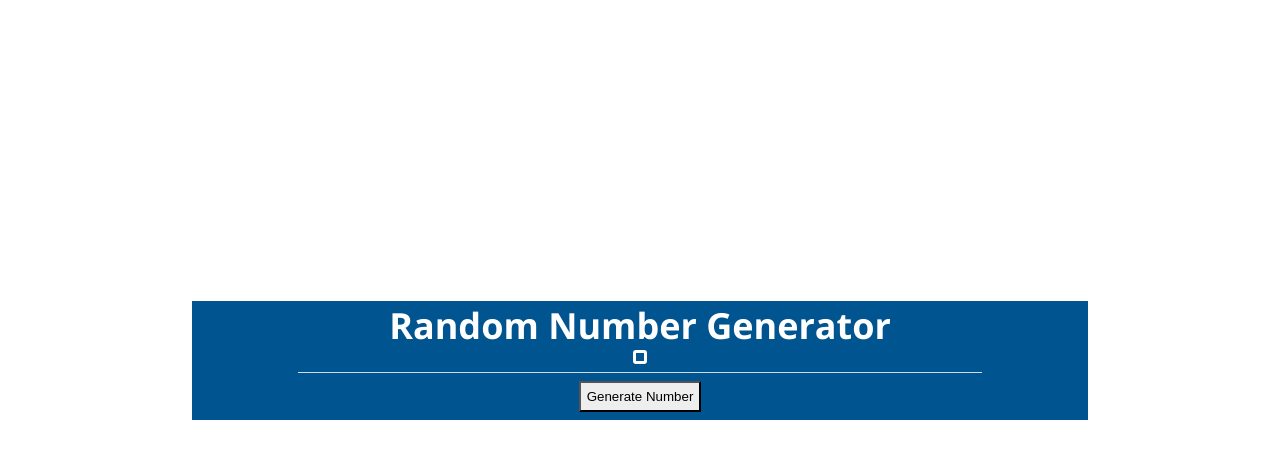
Repository: fakebrianho/100daysJS
Page: day002/index.html
These files come from the project's save history. The page is drawn as it stood at one moment and after the next save; the edit follows.
The browser window is 1280 px wide. The pictures show the whole page.
Some web libraries are served in a nearby version.

Above is the page before, as saved 2023-03-21 19:36:11.

After the next save:
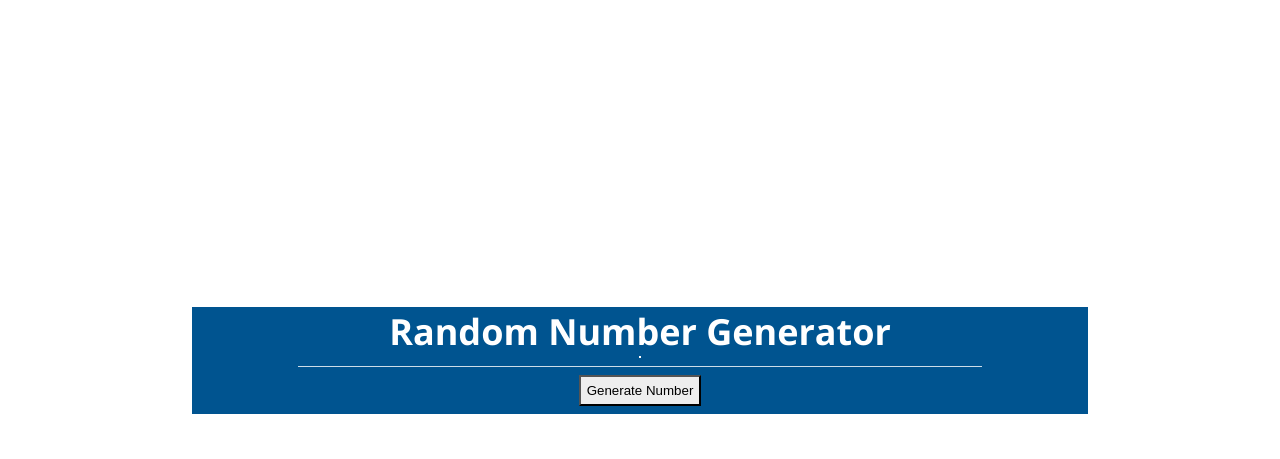
Saved 32 s later.
--- a/day002/styles.css
+++ b/day002/styles.css
@@ -64,10 +64,11 @@ main {
 
 .number {
 	box-sizing: border-box;
-	border-color: white;
+	/* border-color: white;
 	border-style: solid;
 	padding: 4px;
-	border-radius: 3px;
+	border-radius: 3px; */
+	border: 1px solid white;
 	/* border: 2px; */
 }
 
